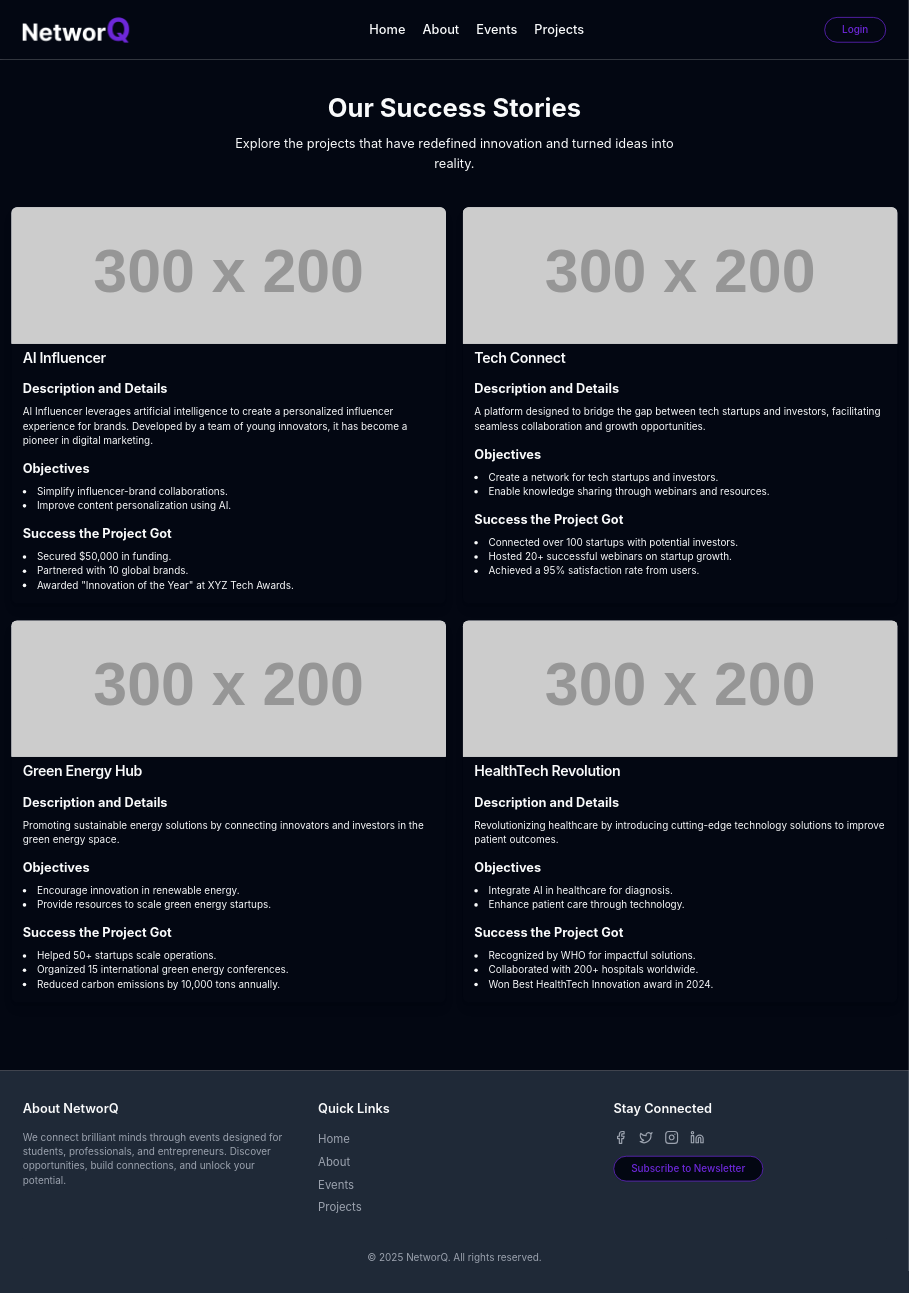
Repository: Wahab3917/Red-Pill-Coders-Hackathon-Submission
Page: /projects (app in frontend/)
An editor plug-in stored every save of this project. The page is shown before and after the next save, followed by the edit.
The browser window is 1280 px wide. The pictures show the whole page, at 71% of full size.
The project was rebuilt for these pictures with package versions that can differ from the ones it lists, and the page was loaded fresh each time. Also part of the build but not shown: frontend/vite.config.js, frontend/src/layouts/AuthLayout.jsx, frontend/src/pages/Home.jsx, frontend/src/pages/About.jsx, frontend/src/pages/Event.jsx.

Above is the page before, as saved 2025-01-25 13:19:40.

### frontend/index.html
<!doctype html>
<html lang="en" class="dark">
  <head>
    <meta charset="UTF-8" />
    <link rel="icon" type="image/svg+xml" href="./src/assets/favicon.png" />
    <meta name="viewport" content="width=device-width, initial-scale=1.0" />
    <title>NetworQ</title>
  </head>
  <body>
    <div id="root"></div>
    <script type="module" src="/src/main.jsx"></script>
  </body>
</html>

### frontend/src/App.jsx
import { BrowserRouter as Router, Routes, Route } from "react-router-dom";
import AuthLayout from "./layouts/AuthLayout";
import PageLayout from "./layouts/pageLayout";

// PAGES
import Home from "./pages/Home.jsx";
import About from "./pages/About.jsx";
import Event from "./pages/Event.jsx";
import Project from "./pages/Project.jsx";
function App() {
  return (
    <Router>
      <Routes>
        <Route
          path="/"
          element={
            <PageLayout>
              <Home />
            </PageLayout>
          }
        />
        <Route
          path="/about"
          element={
            <PageLayout>
              <About />
            </PageLayout>
          }
        />
        <Route
          path="/events"
          element={
            <PageLayout>
              <Event />
            </PageLayout>
          }
        />
        <Route
          path="/projects"
          element={
            <PageLayout>
              <Project />
            </PageLayout>
          }
        />
      </Routes>
    </Router>
  );
}

export default App;

### frontend/src/layouts/PageLayout.jsx
import React from 'react';
import { Header, Footer } from '../components';

function PageLayout({children}) {
  return (
    <div className='min-h-screen flex flex-wrap content-between bg-gray-100'>
      <div className='w-full block'>
        <Header />
          <main>
            {children}
          </main>
        <Footer />
      </div>
    </div>
  )
}

export default PageLayout

### frontend/src/pages/Project.jsx
import React from "react";
import { Card, CardHeader, CardTitle, CardContent } from "@/components/ui/card";

const projectsData = [
  {
    name: "AI Influencer",
    image: "https://via.placeholder.com/300x200", // Placeholder image
    description:
      "AI Influencer leverages artificial intelligence to create a personalized influencer experience for brands. Developed by a team of young innovators, it has become a pioneer in digital marketing.",
    objectives: [
      "Simplify influencer-brand collaborations.",
      "Improve content personalization using AI.",
    ],
    success: [
      "Secured $50,000 in funding.",
      "Partnered with 10 global brands.",
      'Awarded "Innovation of the Year" at XYZ Tech Awards.',
    ],
  },
  {
    name: "Tech Connect",
    image: "https://via.placeholder.com/300x200", // Placeholder image
    description:
      "A platform designed to bridge the gap between tech startups and investors, facilitating seamless collaboration and growth opportunities.",
    objectives: [
      "Create a network for tech startups and investors.",
      "Enable knowledge sharing through webinars and resources.",
    ],
    success: [
      "Connected over 100 startups with potential investors.",
      "Hosted 20+ successful webinars on startup growth.",
      "Achieved a 95% satisfaction rate from users.",
    ],
  },
  {
    name: "Green Energy Hub",
    image: "https://via.placeholder.com/300x200", // Placeholder image
    description:
      "Promoting sustainable energy solutions by connecting innovators and investors in the green energy space.",
    objectives: [
      "Encourage innovation in renewable energy.",
      "Provide resources to scale green energy startups.",
    ],
    success: [
      "Helped 50+ startups scale operations.",
      "Organized 15 international green energy conferences.",
      "Reduced carbon emissions by 10,000 tons annually.",
    ],
  },
  {
    name: "HealthTech Revolution",
    image: "https://via.placeholder.com/300x200", // Placeholder image
    description:
      "Revolutionizing healthcare by introducing cutting-edge technology solutions to improve patient outcomes.",
    objectives: [
      "Integrate AI in healthcare for diagnosis.",
      "Enhance patient care through technology.",
    ],
    success: [
      "Recognized by WHO for impactful solutions.",
      "Collaborated with 200+ hospitals worldwide.",
      "Won Best HealthTech Innovation award in 2024.",
    ],
  },
];

export default function ProjectsPage() {
  return (
    <>
      <main className="min-h-screen bg-background text-foreground">
        <div className="py-12">
          <div className="container mx-auto px-4 text-center">
            {/* Headline */}
            <h1 className="text-4xl font-bold mb-4">Our Success Stories</h1>
            <p className="text-lg max-w-2xl mx-auto">
              Explore the projects that have redefined innovation and turned
              ideas into reality.
            </p>
          </div>

          {/* Projects Section */}
          <section className="py-12">
            <div className="container mx-auto px-4">
              <div className="grid grid-cols-1 sm:grid-cols-2 gap-6">
                {projectsData.map((project, index) => (
                  <Card
                    key={index}
                    className="rounded-lg shadow-lg hover:shadow-xl border-1 border-gray-200 hover:border-primary transition duration-300"
                  >
                    <CardHeader className="p-0">
                      {/* Project Image */}
                      <div className="w-full h-48 bg-gray-200 rounded-t-lg overflow-hidden">
                        <img
                          src={project.image}
                          alt={project.name}
                          className="w-full h-full object-cover"
                        />
                      </div>
                      <CardTitle className="text-xl font-semibold mt-4 px-4">
                        {project.name}
                      </CardTitle>
                    </CardHeader>
                    <CardContent className="px-4 py-4">
                      <div className="mb-4">
                        <h2 className="font-bold text-lg mb-2">
                          Description and Details
                        </h2>
                        <p className="text-sm">{project.description}</p>
                      </div>
                      <div className="mb-4">
                        <h2 className="font-bold text-lg mb-2">Objectives</h2>
                        <ul className="list-disc list-inside text-sm">
                          {project.objectives.map((objective, idx) => (
                            <li key={idx}>{objective}</li>
                          ))}
                        </ul>
                      </div>
                      <div>
                        <h2 className="font-bold text-lg mb-2">
                          Success the Project Got
                        </h2>
                        <ul className="list-disc list-inside text-sm">
                          {project.success.map((success, idx) => (
                            <li key={idx}>{success}</li>
                          ))}
                        </ul>
                      </div>
                    </CardContent>
                  </Card>
                ))}
              </div>
            </div>
          </section>
        </div>
      </main>
    </>
  );
}

### frontend/src/components/index.js
import Header from "./Header/Header";
import Footer from "./Footer/Footer";

export {
  Header, Footer
}

### frontend/src/components/ui/button.jsx
import * as React from "react"
import { Slot } from "@radix-ui/react-slot"
import { cva } from "class-variance-authority";

import { cn } from "@/lib/utils"

const buttonVariants = cva(
  "inline-flex items-center justify-center gap-2 whitespace-nowrap rounded-md text-sm font-medium transition-colors focus-visible:outline-none focus-visible:ring-1 focus-visible:ring-ring disabled:pointer-events-none disabled:opacity-50 [&_svg]:pointer-events-none [&_svg]:size-4 [&_svg]:shrink-0",
  {
    variants: {
      variant: {
        default:
          "bg-primary text-primary-foreground shadow hover:bg-primary/90",
        destructive:
          "bg-destructive text-destructive-foreground shadow-sm hover:bg-destructive/90",
        outline:
          "border border-input bg-background shadow-sm hover:bg-accent hover:text-accent-foreground",
        secondary:
          "bg-secondary text-secondary-foreground shadow-sm hover:bg-secondary/80",
        ghost: "hover:bg-accent hover:text-accent-foreground",
        link: "text-primary underline-offset-4 hover:underline",
      },
      size: {
        default: "h-9 px-4 py-2",
        sm: "h-8 rounded-md px-3 text-xs",
        lg: "h-10 rounded-md px-8",
        icon: "h-9 w-9",
      },
    },
    defaultVariants: {
      variant: "default",
      size: "default",
    },
  }
)

const Button = React.forwardRef(({ className, variant, size, asChild = false, ...props }, ref) => {
  const Comp = asChild ? Slot : "button"
  return (
    (<Comp
      className={cn(buttonVariants({ variant, size, className }))}
      ref={ref}
      {...props} />)
  );
})
Button.displayName = "Button"

export { Button, buttonVariants }

### frontend/src/components/ui/card.jsx
import * as React from "react"

import { cn } from "@/lib/utils"

const Card = React.forwardRef(({ className, ...props }, ref) => (
  <div
    ref={ref}
    className={cn("rounded-xl border bg-card text-card-foreground shadow", className)}
    {...props} />
))
Card.displayName = "Card"

const CardHeader = React.forwardRef(({ className, ...props }, ref) => (
  <div
    ref={ref}
    className={cn("flex flex-col space-y-1.5 p-6", className)}
    {...props} />
))
CardHeader.displayName = "CardHeader"

const CardTitle = React.forwardRef(({ className, ...props }, ref) => (
  <div
    ref={ref}
    className={cn("font-semibold leading-none tracking-tight", className)}
    {...props} />
))
CardTitle.displayName = "CardTitle"

const CardDescription = React.forwardRef(({ className, ...props }, ref) => (
  <div
    ref={ref}
    className={cn("text-sm text-muted-foreground", className)}
    {...props} />
))
CardDescription.displayName = "CardDescription"

const CardContent = React.forwardRef(({ className, ...props }, ref) => (
  <div ref={ref} className={cn("p-6 pt-0", className)} {...props} />
))
CardContent.displayName = "CardContent"

const CardFooter = React.forwardRef(({ className, ...props }, ref) => (
  <div
    ref={ref}
    className={cn("flex items-center p-6 pt-0", className)}
    {...props} />
))
CardFooter.displayName = "CardFooter"

export { Card, CardHeader, CardFooter, CardTitle, CardDescription, CardContent }

### frontend/src/components/Header/Header.jsx
import React from "react";
import { Link, useNavigate } from "react-router-dom";
import Logo from "../Logo";
import { Button } from "../ui/button";

function Header() {
  const navigate = useNavigate();

  const navItems = [
    { name: "Home", slug: "/", active: true },
    { name: "About", slug: "/about", active: true },
    { name: "Events", slug: "/events", active: true },
    { name: "Projects", slug: "/projects", active: true },
  ];

  return (
    <header className="flex justify-between items-center py-6 px-8 bg-background text-foreground shadow-md">
      {/* Logo Section */}
      <div>
        <Link to="/">
          <Logo width={150} />
        </Link>
      </div>

      {/* Navigation Section */}
      <nav className="flex gap-6">
        {navItems.map(
          (item) =>
            item.active && (
              <Link
                to={item.slug}
                key={item.name}
                className="text-lg font-medium hover:text-primary transition-colors"
              >
                {item.name}
              </Link>
            )
        )}
      </nav>

      {/* Actions Section */}
      <div>
        <Link to="/login">
          <Button
            variant="outline"
            className="py-2 px-6 rounded-full border-primary text-primary hover:bg-primary hover:text-primary-foreground transition-colors"
          >
            Login
          </Button>
        </Link>
      </div>
    </header>
  );
}

export default Header;

### frontend/src/components/Footer/Footer.jsx
import React from "react";
import { Link } from "react-router-dom";
import { Button } from "../ui/button";
import { Facebook, Twitter, Instagram, Linkedin } from "lucide-react";

function Footer() {
  return (
    <footer className="bg-muted text-muted-foreground py-10 px-8">
      <div className="container mx-auto grid md:grid-cols-3 gap-8">
        {/* About Section */}
        <div>
          <h4 className="text-lg font-semibold mb-4">About NetworQ</h4>
          <p className="text-sm">
            We connect brilliant minds through events designed for students, professionals, and entrepreneurs.
            Discover opportunities, build connections, and unlock your potential.
          </p>
        </div>

        {/* Navigation Links */}
        <div>
          <h4 className="text-lg font-semibold mb-4">Quick Links</h4>
          <ul className="space-y-2">
            <li>
              <Link to="/" className="hover:text-primary transition-colors">Home</Link>
            </li>
            <li>
              <Link to="/about" className="hover:text-primary transition-colors">About</Link>
            </li>
            <li>
              <Link to="/events" className="hover:text-primary transition-colors">Events</Link>
            </li>
            <li>
              <Link to="/projects" className="hover:text-primary transition-colors">Projects</Link>
            </li>
          </ul>
        </div>

        {/* Social Media & Newsletter */}
        <div>
          <h4 className="text-lg font-semibold mb-4">Stay Connected</h4>
          <div className="flex space-x-4 mb-4">
            <a
              href="https://facebook.com"
              target="_blank"
              rel="noopener noreferrer"
              className="text-muted-foreground hover:text-primary transition-colors"
            >
              <Facebook size={20} />
            </a>
            <a
              href="https://twitter.com"
              target="_blank"
              rel="noopener noreferrer"
              className="text-muted-foreground hover:text-primary transition-colors"
            >
              <Twitter size={20} />
            </a>
            <a
              href="https://instagram.com"
              target="_blank"
              rel="noopener noreferrer"
              className="text-muted-foreground hover:text-primary transition-colors"
            >
              <Instagram size={20} />
            </a>
            <a
              href="https://linkedin.com"
              target="_blank"
              rel="noopener noreferrer"
              className="text-muted-foreground hover:text-primary transition-colors"
            >
              <Linkedin size={20} />
            </a>
          </div>
          <Link to="/signup">
            <Button
              variant="outline"
              className="py-2 px-6 rounded-full border-primary text-primary hover:bg-primary hover:text-primary-foreground transition-colors"
            >
              Subscribe to Newsletter
            </Button>
          </Link>
        </div>
      </div>

      {/* Bottom Bar */}
      <div className="border-t border-border mt-8 pt-4 text-center">
        <p className="text-sm">
          © {new Date().getFullYear()} NetworQ. All rights reserved.
        </p>
      </div>
    </footer>
  );
}

export default Footer;

### frontend/src/components/Logo.jsx
import React from 'react';
import logo from '../assets/Logo.png';

function Logo({width}) {
  return (
    <img src={logo} alt="Logo" width={width} />
  )
}

export default Logo

### frontend/tailwind.config.js
const plugin = require("tailwindcss/plugin");
const { fontFamily } = require("tailwindcss/defaultTheme");

/** @type {import('tailwindcss').Config} */
module.exports = {
  darkMode: ["class"],
  content: ["./index.html", "./src/**/*.{ts,tsx,js,jsx}"],
  theme: {
    extend: {
      colors: {
        background: "hsl(var(--background))",
        foreground: "hsl(var(--foreground))",
        card: "hsl(var(--card))",
        "card-foreground": "hsl(var(--card-foreground))",
        popover: "hsl(var(--popover))",
        "popover-foreground": "hsl(var(--popover-foreground))",
        primary: "hsl(var(--primary))",
        "primary-foreground": "hsl(var(--primary-foreground))",
        secondary: "hsl(var(--secondary))",
        "secondary-foreground": "hsl(var(--secondary-foreground))",
        muted: "hsl(var(--muted))",
        "muted-foreground": "hsl(var(--muted-foreground))",
        accent: "hsl(var(--accent))",
        "accent-foreground": "hsl(var(--accent-foreground))",
        destructive: "hsl(var(--destructive))",
        "destructive-foreground": "hsl(var(--destructive-foreground))",
        border: "hsl(var(--border))",
        input: "hsl(var(--input))",
        ring: "hsl(var(--ring))",
      },
      borderRadius: {
        DEFAULT: "var(--radius)",
      },
      fontFamily: {
        sans: ["Inter", ...fontFamily.sans],
      },
      typography: {
        DEFAULT: {
          css: {
            h1: {
              fontSize: "3.5rem", // 56px
              fontWeight: "900",
              lineHeight: "4rem", // 64px
              color: "hsl(var(--foreground))",
            },
            h2: {
              fontSize: "2.875rem", // 46px
              fontWeight: "800",
              lineHeight: "3.25rem", // 52px
              color: "hsl(var(--foreground))",
            },
            h3: {
              fontSize: "2.25rem", // 36px
              fontWeight: "700",
              lineHeight: "2.75rem", // 44px
              color: "hsl(var(--foreground))",
            },
            h4: {
              fontSize: "1.875rem", // 30px
              fontWeight: "600",
              lineHeight: "2.25rem", // 36px
              color: "hsl(var(--foreground))",
            },
          },
        },
      },
    },
  },
  plugins: [
    require("tailwindcss-animate"),
    require("@tailwindcss/typography"),
    plugin(function ({ addBase }) {
      addBase({
        h1: {
          "@apply text-[56px] font-extrabold leading-[64px] text-foreground": "",
        },
        h2: {
          "@apply text-[46px] font-bold leading-[52px] text-foreground": "",
        },
        h3: {
          "@apply text-[36px] font-semibold leading-[44px] text-foreground": "",
        },
        h4: {
          "@apply text-[30px] font-medium leading-[36px] text-foreground": "",
        },
      });
    }),
  ],
};

Loaded but not shown: frontend/src/main.jsx (common file); frontend/src/index.css (common file); frontend/src/lib/utils.js (common file)

After the next save:
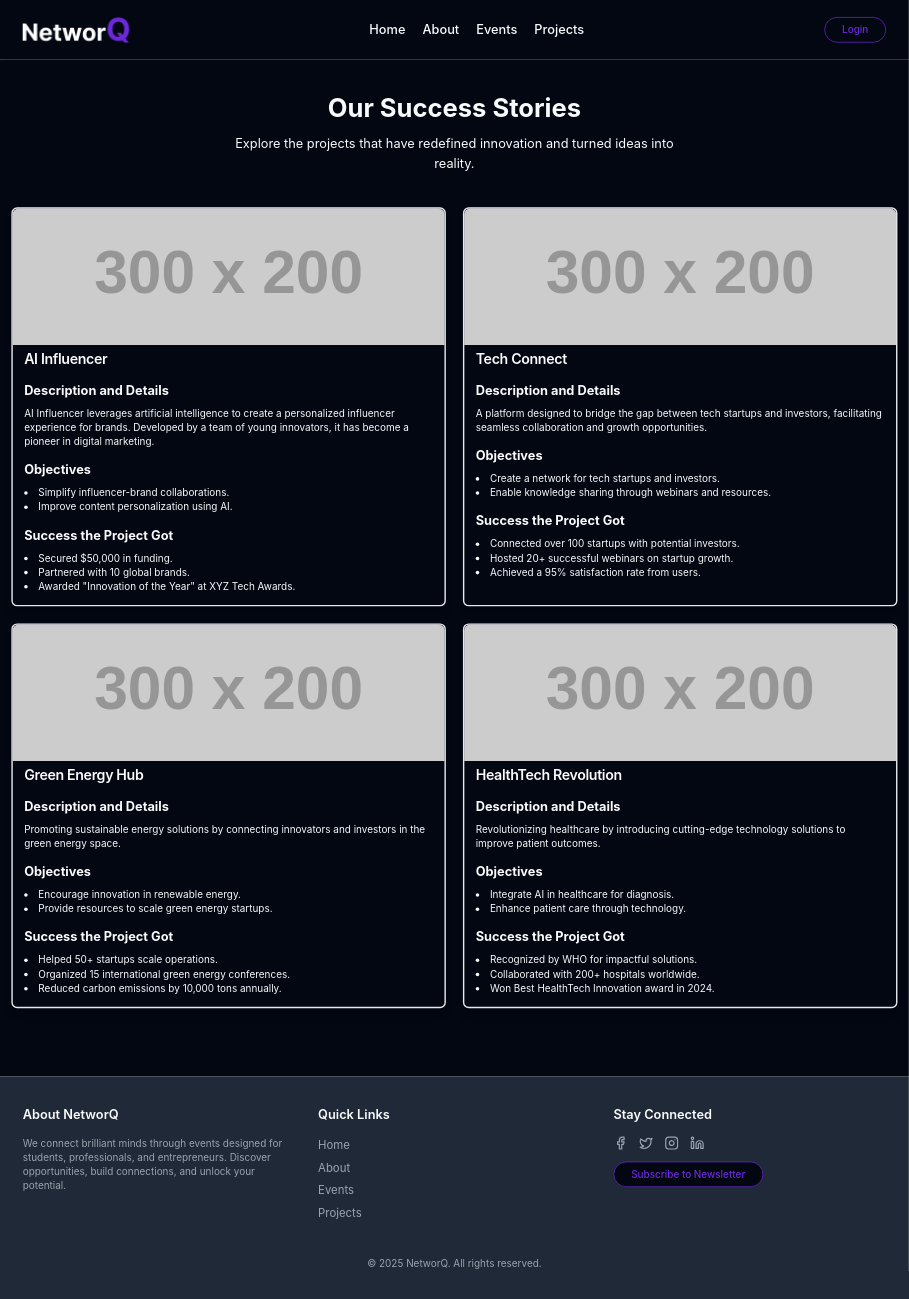
Saved 8 s later.
--- a/frontend/src/pages/Project.jsx
+++ b/frontend/src/pages/Project.jsx
@@ -85,7 +85,7 @@ export default function ProjectsPage() {
                 {projectsData.map((project, index) => (
                   <Card
                     key={index}
-                    className="rounded-lg shadow-lg hover:shadow-xl border-1 border-gray-200 hover:border-primary transition duration-300"
+                    className="rounded-lg shadow-lg hover:shadow-xl border-2 border-gray-200 hover:border-primary transition duration-300"
                   >
                     <CardHeader className="p-0">
                       {/* Project Image */}
